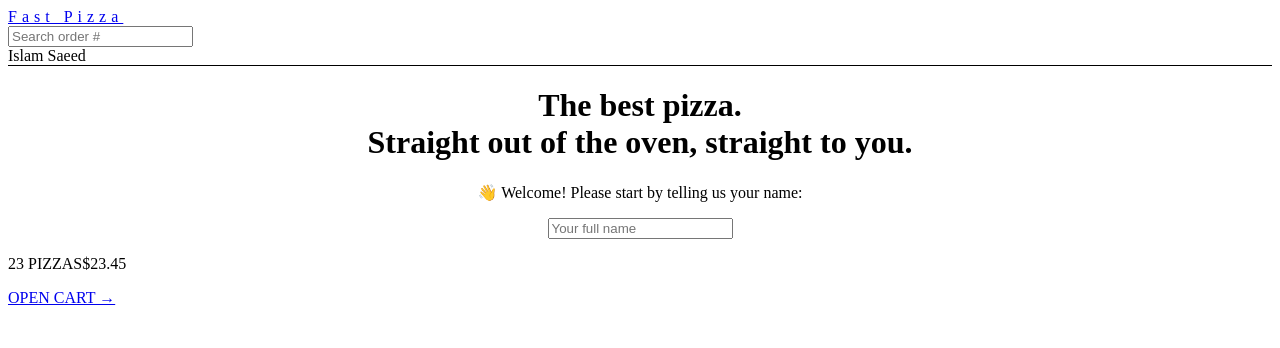
Repository: islamsaeedDev/ecommerce-cash-on-deliver-pizza-store
Page: /
These files come from the project's save history. The page is drawn as it stood at one moment and after the next save; the edit follows.
The browser window is 1280 px wide. The pictures show the whole page.
The project was rebuilt for these pictures with package versions that can differ from the ones it lists, and the page was loaded fresh each time. Also part of the build but not shown: vite.config.js, src/ui/Error.jsx, src/services/apiRestaurant.js, src/utils/helpers.js, src/features/menu/MenuItem.jsx, src/features/menu/Menu.jsx, src/features/cart/Cart.jsx, src/features/order/Order.jsx and 1 more. Imported but missing from the stored project, and not drawn on this page: src/features/order/CreateOrder.

Above is the page before, as saved 2025-10-22 08:20:49.

After the next save:
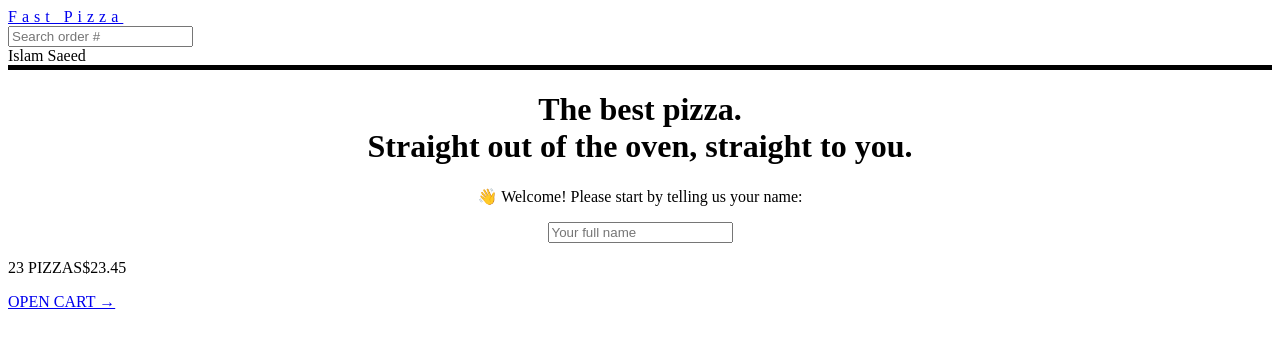
Saved 11 s later.
--- a/src/ui/Header.jsx
+++ b/src/ui/Header.jsx
@@ -4,7 +4,7 @@ import Username from '../features/user/Username';
 
 function Header() {
   return (
-    <header className="uppcase border-b border-stone-500 bg-fuchsia-500 px-4 py-3">
+    <header className="uppcase border-b-5 border-stone-500 bg-fuchsia-500 px-4 py-3">
       <Link className="tracking-[5px]" to="/">
         Fast Pizza
       </Link>
